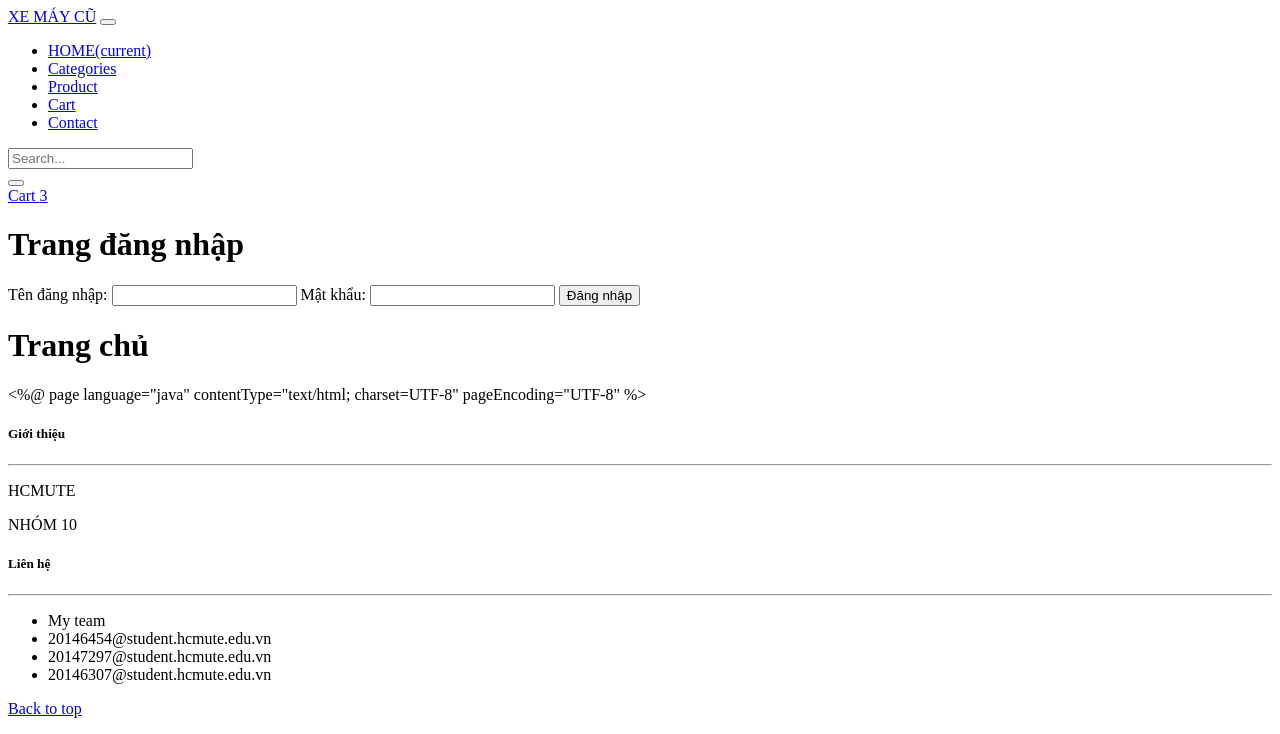
Repository: vule2809/LTW-20146307
Page: Banxemay_nhom10/src/main/webapp/index.html
These files come from the project's save history. The page is drawn as it stood at one moment and after the next save; the edit follows.
The browser window is 1280 px wide. The pictures show the whole page.

Above is the page before, as saved 2023-12-10 11:38:52.

After the next save:
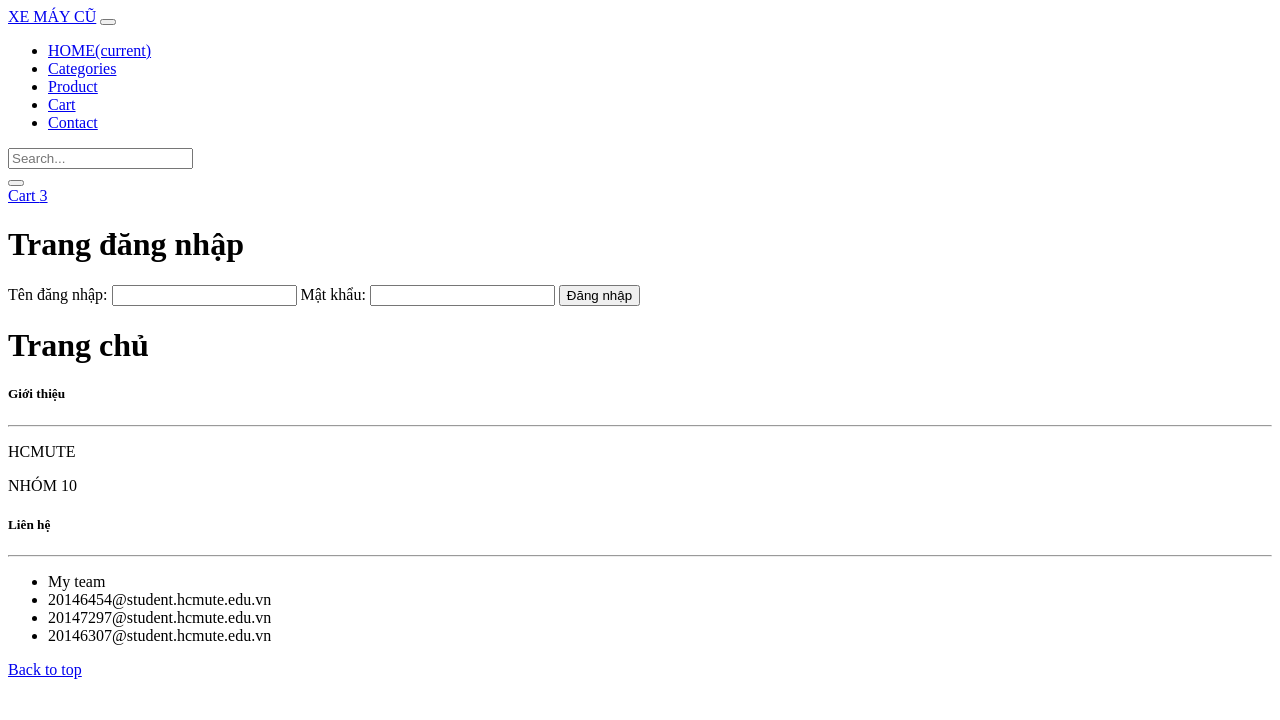
Saved 38 s later.
--- a/Banxemay_nhom10/src/main/webapp/index.html
+++ b/Banxemay_nhom10/src/main/webapp/index.html
@@ -75,8 +75,7 @@
 	</main>
 
 	<footer>
-		<%@ page language="java" contentType="text/html; charset=UTF-8" pageEncoding="UTF-8" %>
-			<!-- Footer -->
+		<!-- Footer -->
 			<footer class="text-light">
 				<div class="container">
 					<div class="row">
